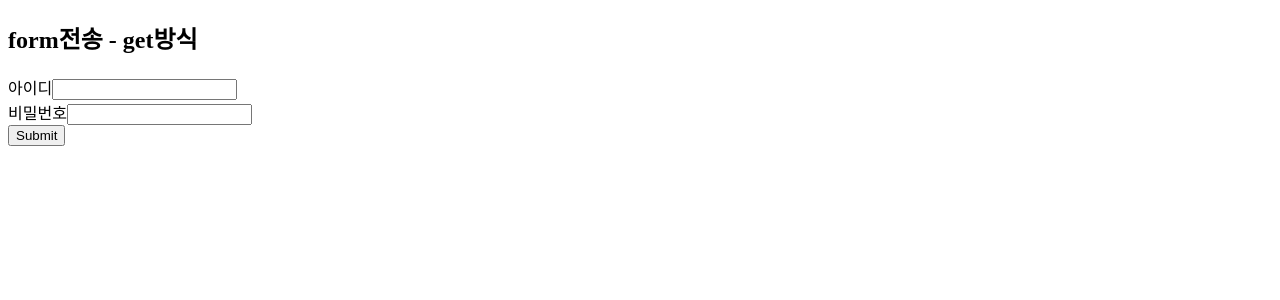
Repository: windy9109/FrontendClass
Page: webpro/src/main/webapp/0225/formDate.html
The author's editor kept a copy of each file at every save. The page is drawn from the files as they stood at one save, then again after the next save.
The browser window is 1280 px wide. The pictures show the whole page.

Above is the page before, as saved 2022-02-25 05:26:34.

### webpro/src/main/webapp/0225/formDate.html
<!DOCTYPE html>
<html>
<head>
<meta charset="UTF-8">
<title>Insert title here</title>
<style type="text/css">
</style>
</head>
<body>

	<h2>form전송 - get방식</h2>
	<form action="form_get.jsp" method="get">
		아이디<input type="text" name="id"><br>
		비밀번호<input type="passward" name="pass"><br>
		<input type="submit">
	</form>

</body>
</html>

After the next save:
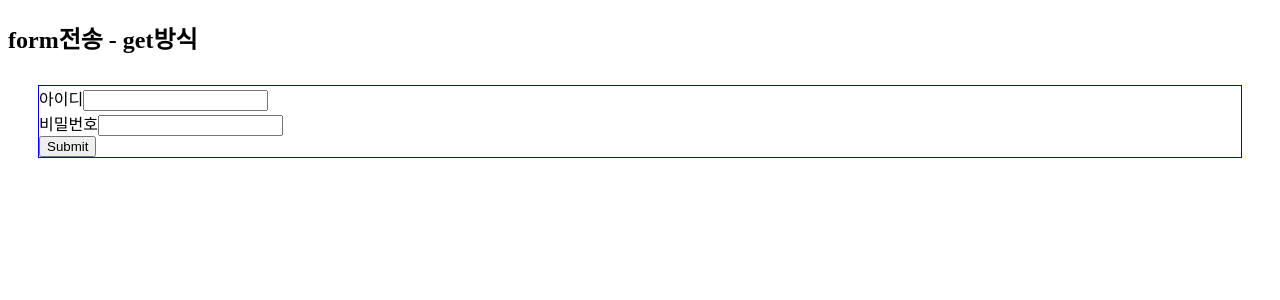
Saved 44 s later.
--- a/webpro/src/main/webapp/0225/formDate.html
+++ b/webpro/src/main/webapp/0225/formDate.html
@@ -4,6 +4,10 @@
 <meta charset="UTF-8">
 <title>Insert title here</title>
 <style type="text/css">
+form{
+border:1px solid blue;
+margin: 30px;
+}
 </style>
 </head>
 <body>
